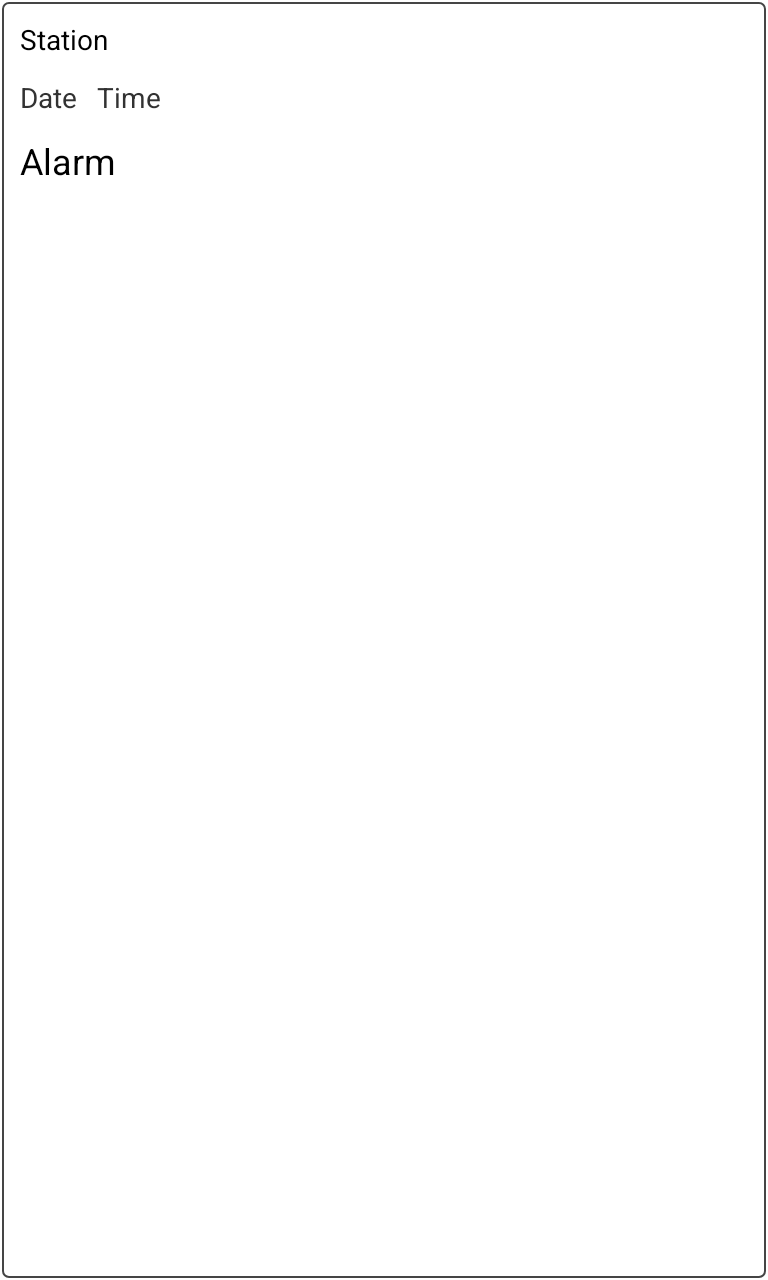
Repository: dwonisch/firefighterapp
Layout: FireFighter.Common/res/layout/row.xml
An editor plug-in stored every save of this project. The layout is shown before and after the next save, followed by the edit.
It is drawn on a 768 x 1280 px phone screen (xhdpi) without system bars, with theme AppTheme; the app's code is not run.

Above is the layout before, as saved 2014-09-03 19:49:48.

### FireFighter.Common/res/layout/row.xml
<?xml version="1.0" encoding="utf-8"?>
<TableLayout xmlns:android="http://schemas.android.com/apk/res/android"
	android:id="@+id/widget0" android:layout_width="fill_parent"
	android:layout_height="fill_parent" android:layout_toRightOf="@android:id/icon"
	android:padding="5dp" android:background="@layout/textlines"
	>
	<TableRow android:id="@+id/tableRow2" android:layout_width="wrap_content"
		android:layout_height="wrap_content">

		<TextView android:id="@+id/station" android:layout_width="wrap_content"
			android:layout_height="wrap_content" android:padding="5dp"
			android:text="Station" android:textAppearance="?android:attr/textAppearanceButton" />
	</TableRow>
	<TableRow android:id="@+id/tableRow1" android:layout_width="wrap_content"
		android:layout_height="wrap_content">

			<LinearLayout
			    android:id="@+id/linearLayout1"
			    android:layout_width="wrap_content"
			    android:layout_height="wrap_content" >

				<TextView
				    android:id="@+id/date"
				    android:layout_width="wrap_content"
				    android:layout_height="wrap_content"
				    android:padding="5dp"
				    android:text="Date"
				    android:textAppearance="?android:attr/textAppearanceSmall" />

				<TextView
				    android:id="@+id/time"
				    android:layout_width="wrap_content"
				    android:layout_height="wrap_content"
				    android:padding="5dp"
				    android:text="Time"
				    android:textAppearance="?android:attr/textAppearanceSmall" />

			</LinearLayout>

	</TableRow>

	<TableRow android:id="@+id/tableRow3" android:layout_width="wrap_content"
		android:layout_height="wrap_content">

		<TextView android:id="@+id/alarm" android:layout_width="wrap_content"
			android:layout_height="wrap_content" android:padding="5dp"
			android:text="Alarm" android:textAppearance="?android:attr/textAppearanceMedium" />
	</TableRow>

	<TableRow android:id="@+id/tableRow4" android:layout_width="wrap_content"
		android:layout_height="wrap_content" />

	<TableRow android:id="@+id/tableRow5" android:layout_width="wrap_content"
		android:layout_height="wrap_content" />


	<LinearLayout android:id="@+id/linearLayout2"
		android:layout_width="fill_parent" android:layout_height="wrap_content"
		android:orientation="vertical" />

</TableLayout>

### FireFighter.Common/res/layout/textlines.xml
<?xml version="1.0" encoding="utf-8"?><layer-list xmlns:android="http://schemas.android.com/apk/res/android">
   <item android:top="1dp" android:bottom="1dp" android:left="1dp" android:right="1dp" android:background="#FFFFFF">
      <shape android:shape="rectangle" android:padding="2dp">
            <stroke android:width="1dp" android:color="#FF454545" />
            <corners android:radius="3dp"/>
      </shape>
   </item>
</layer-list>

Loaded but not shown: FireFighter.Common/res/values/styles.xml (common file)

After the next save:
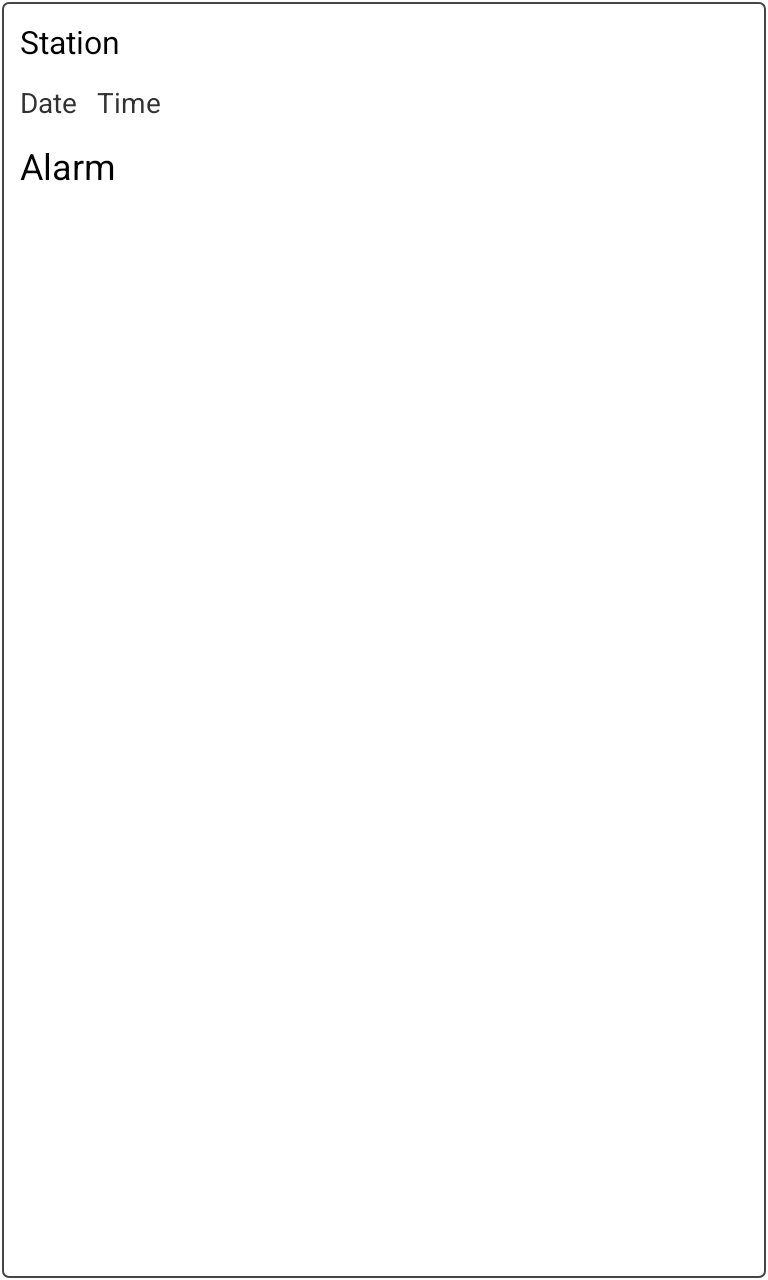
Saved 2 min 43 s later.
--- a/FireFighter.Common/res/layout/row.xml
+++ b/FireFighter.Common/res/layout/row.xml
@@ -9,7 +9,7 @@
 
 		<TextView android:id="@+id/station" android:layout_width="wrap_content"
 			android:layout_height="wrap_content" android:padding="5dp"
-			android:text="Station" android:textAppearance="?android:attr/textAppearanceButton" />
+			android:text="Station" android:textAppearance="?android:attr/textAppearance" />
 	</TableRow>
 	<TableRow android:id="@+id/tableRow1" android:layout_width="wrap_content"
 		android:layout_height="wrap_content">
